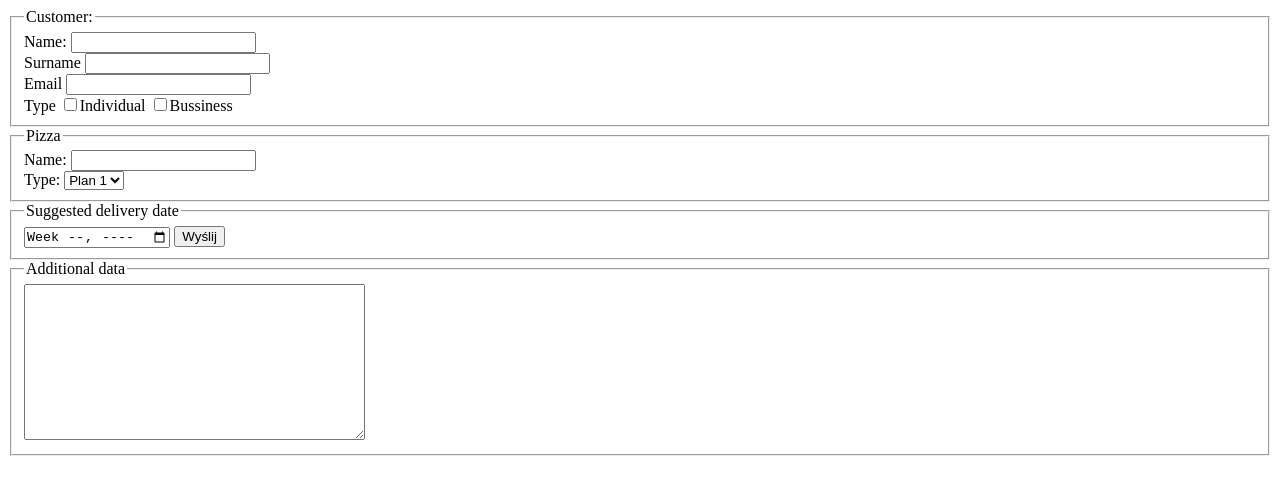
Repository: wisni4k/html-trainee
Page: testWeb/WebContent/Formularz.html
The author's editor kept a copy of each file at every save. The page is drawn from the files as they stood at one save, then again after the next save.
The browser window is 1280 px wide. The pictures show the whole page.

Above is the page before, as saved 2015-07-10 11:39:15.

After the next save:
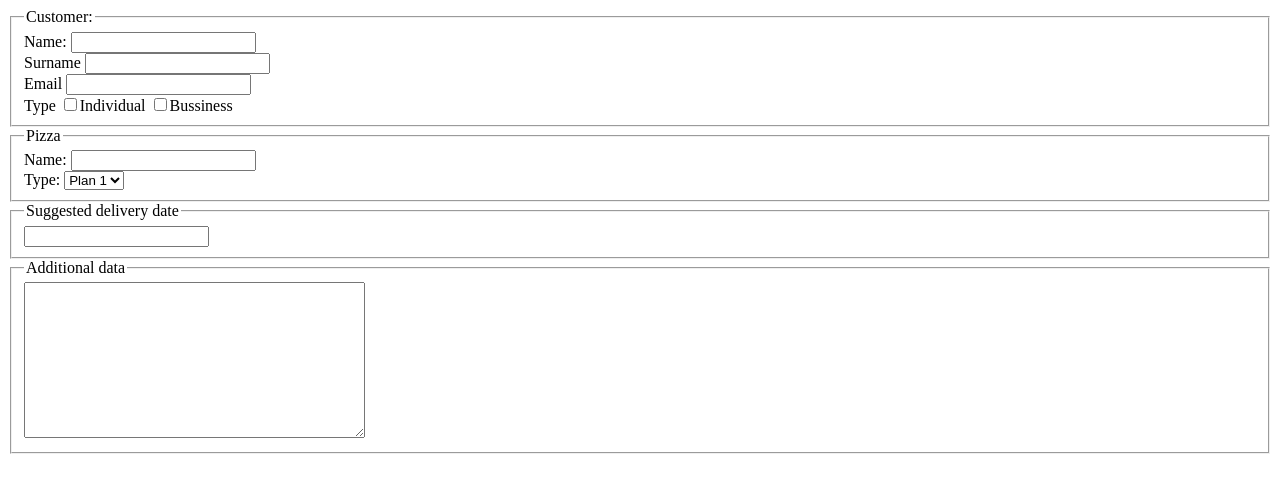
Saved 40 s later.
--- a/testWeb/WebContent/Formularz.html
+++ b/testWeb/WebContent/Formularz.html
@@ -29,8 +29,7 @@
 		<fieldset>
 			<legend>Suggested delivery date</legend>
 			<form>
-				<input name="w" type="week"> <input type="submit"
-					value="Wyślij">
+				<input name="t" type="datetime">
 			</form>
 		</fieldset>
 		<fieldset>
